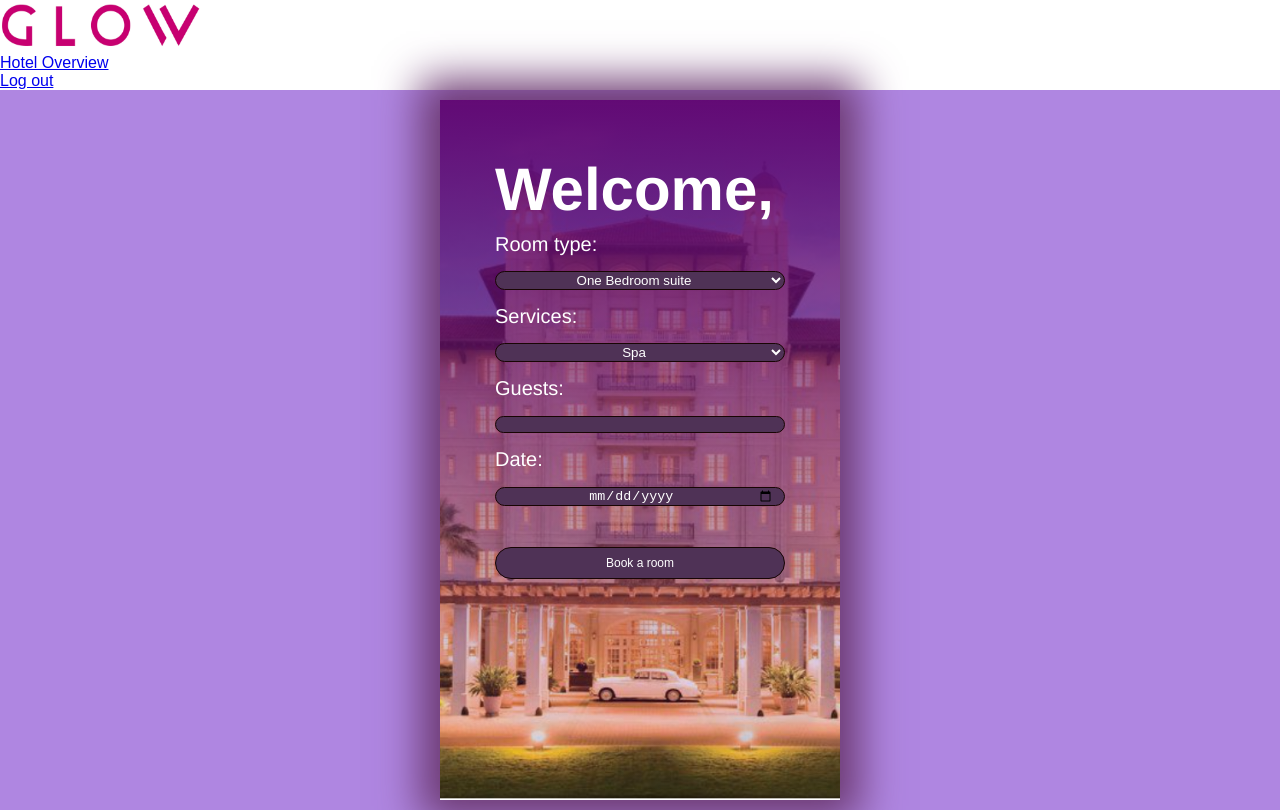
Repository: M-p1998/solo-dojo-project
Page: http://localhost/hotel/WEB-INF/hotel/room.jsp
These files come from the project's save history. The page is drawn as it stood at one moment and after the next save; the edit follows.
The browser window is 1280 px wide. The pictures show the whole page.
The page is served by Tomcat 9. Nobody is signed in. Other server files are loaded and not shown. The template is opened directly, without the code that normally fills it, so the values that code supplies are empty.

Above is the page before, as saved 2022-02-15 00:06:08.

### hotel/src/main/webapp/WEB-INF/hotel/room.jsp
<%@ page language="java" contentType="text/html; charset=UTF-8"
    pageEncoding="UTF-8"%>
<%@ taglib prefix="c" uri="http://java.sun.com/jsp/jstl/core" %>
<%@ taglib prefix="form" uri="http://www.springframework.org/tags/form"%>
<!DOCTYPE html>
<html>
<head>
<meta charset="UTF-8">
<title>Book a room</title>
<link href="/css/room.css" rel="stylesheet" type="text/css">
</head>
<body>


		<header>
				<img class="logo" src="/image/hotelLogo.png"
					width="200" height="50">

					<nav>
					<ul class="nav_links">
						<li class="nav-item active "><a  href="/">Hotel Overview</a></li>
						<li class="nav-item active "><a  href="/logout">Log out</a></li>
					</ul>
					</nav>
			</header>

	<div class="container">
		<div class="card">
			<div class="box" id="card">
			<div class="card-front">
				<h1>Welcome, ${user.firstName}</h1>
				<form:form action="/create" method="post" modelAttribute="createARoom">
					<form:input type="hidden" value="${userId}" path="user"/>
					<p>
						<form:label path="room_type" class="title" >Room type:</form:label>
						<form:errors path="room_type" class="error"/>
						<form:select path="room_type" class="input-box" >

								<option class="title">One Bedroom suite</option>
								<option class="title">Presidential suite</option>
								<option class="title">Luxury suite</option>
								<option class="title">Signature suite</option>
								<option class="title">Master suite </option>
						</form:select>

					</p>
					<p>
						<form:label path="services" class="title">Services:</form:label>
						<form:errors path="services" class="error"/>
						<form:select path="services" class="input-box">

								<option >Spa</option>
								<option >Golf</option>
								<option >Meeting</option>
								<option >Wedding</option>
						</form:select>
					</p>
					<p>
						<form:label path="guests" class="title">Guests:</form:label>
						<form:errors path="guests" class="error"/>
						<form:input path="guests" type="number" min="0" max="5" class="input-box"/>
					</p>
					<p>
						<form:label path="date" class="title">Date:</form:label>
						<form:errors path="date" class="error"/>
						<form:input path="date" type="date" class="input-box" placeholder="Pick a date"/>
					</p>
					<input type="submit"  class="btn" value="Book a room"/>
				</form:form>
				</div>
			</div>
		</div>
	</div>
</body>
</html>

### hotel/src/main/webapp/css/room.css
@charset "UTF-8";

*{
	margin: 0;
	padding: 0;
}

body{
	font-family: sans-serif;
}

#nav-bar{
	position: sticky;
	top: 0;
	z-index: 10;

}

.navbar{
	background-image: linear-gradient(rgba(98, 10, 117),  rgba(0,0,255,0));
	padding: 0!important;
	background-color: orange;
}

.navbar-nav li{
	padding: 0 10px;
	display: inline-block;
	flex-direction: right;
}

.navbar-nav li a{
	color: black;
	font-weight: 600;
	float: right;
	text-align: left;
}

#nav-bar ul li a:hover{
	color: orange !important;
}

.fa-bars{
	color: #fff;
	font-size: 30px !important;
}

.navbar-toggler{
	outline: none !important;
}

/* -----------room------------ */
.container{
	/* width:"100%";*/
	height: 100vh;
	width: 100%;
	max-width: 150rem;
	font-family:Helvetica;
	background: rgb(175, 134, 225);
	color: #fff;
	display:flex;
	align-items: center;
	justify-content: center;
}

.card{
	width:400px;
	height:700px;
	box-shadow: 0 0 40px 20px rgba(108 57 113);
	perspective: 1000px;
}

.box{
	position: relative;
	width: 100;
	height: 100%;
	transition: transform 1s;
	transform-style: preserve-3d;
}

.card-front{
	position: absolute;
	width: 100%;
	height: 100%;
	background-position: center;
	background-size: cover;
	background-image: linear-gradient(rgba(98, 10, 117), rgba(0,0,255,0)), url(/image/hotel.png);
	padding: 55px;
	box-sizing: border-box;
	backface-visibility: hidden;
	font-size: 30px;
}

.input-box{
	width: 100%;
	background: rgb(79, 50, 86);
	border: 1px solid #180503;
	margin: 6px 0;
	height: 32 px;
	border-radius: 100px;
	padding: 0 10px;
	box-sizing: border-box;
	outline: none;
	text-align: center;
	color: #fff;

}

.btn{
	width: 100%;
	background: rgb(79, 50, 86);
	border: 1px solid #180503;
	margin: 35px 0 10px;
	height: 32px;
	font-size: 12px;
	border-radius: 100px;
	padding: 0 10px;
	box-sizing: border-box;
	outline: none;
	color: #fff;
	cursor: pointer;
}
.title{
	color: #fff;
	font-size: 20px;
}

.error{
	font-size: 20px;
	color: black;
	text-align: center;
}

After the next save:
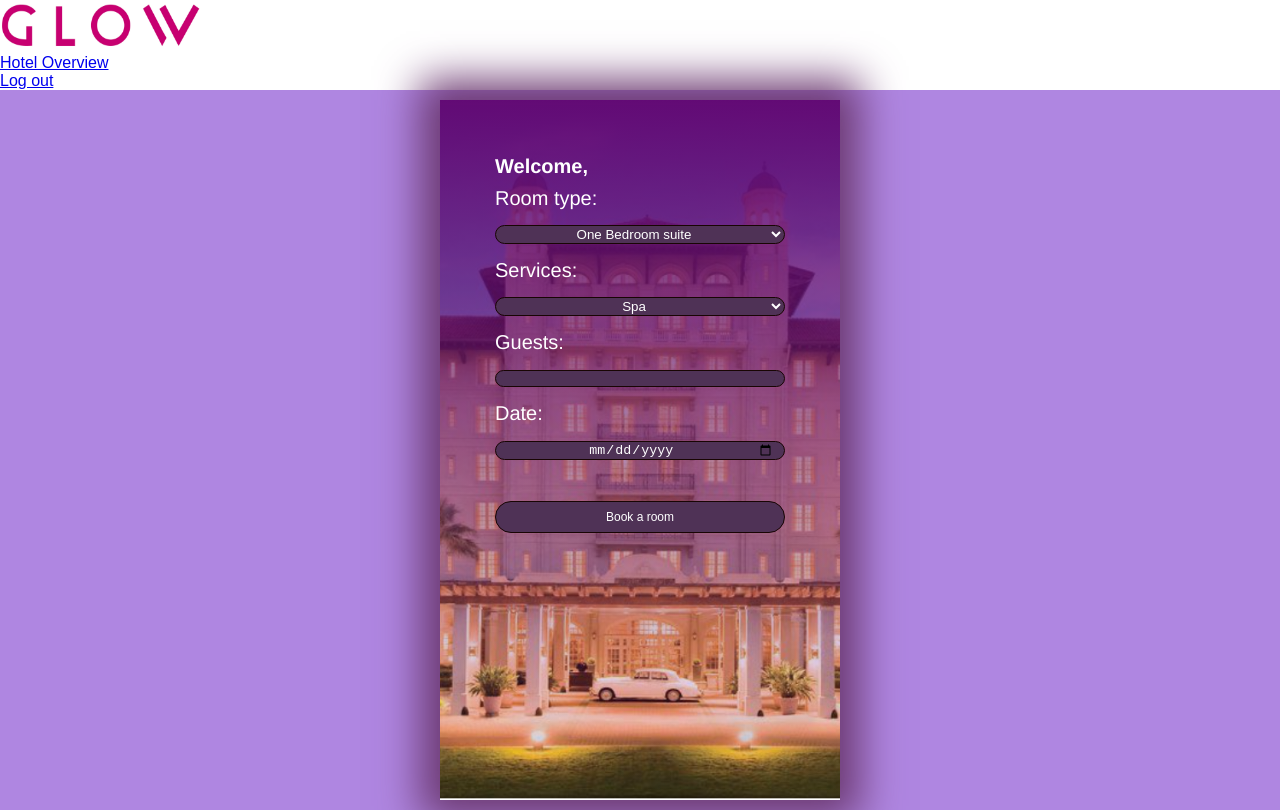
Saved 85 s later.
--- a/hotel/src/main/webapp/css/room.css
+++ b/hotel/src/main/webapp/css/room.css
@@ -7,6 +7,9 @@
 
 body{
 	font-family: sans-serif;
+}
+h1{
+	font-size: 20px;
 }
 
 #nav-bar{
@@ -25,7 +28,7 @@ body{
 .navbar-nav li{
 	padding: 0 10px;
 	display: inline-block;
-	flex-direction: right;
+
 }
 
 .navbar-nav li a{
